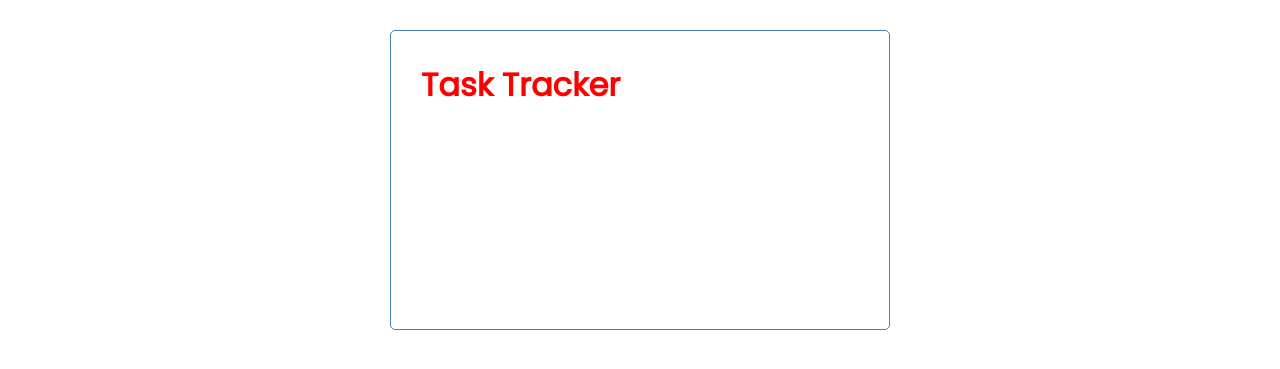
Repository: OdellPurifoy/task-tracker
Page: /
An editor plug-in stored every save of this project. The page is shown before and after the next save, followed by the edit.
The browser window is 1280 px wide. The pictures show the whole page.
The project was rebuilt for these pictures with package versions that can differ from the ones it lists, and the page was loaded fresh each time.

Above is the page before, as saved 2022-07-26 19:18:45.

After the next save:
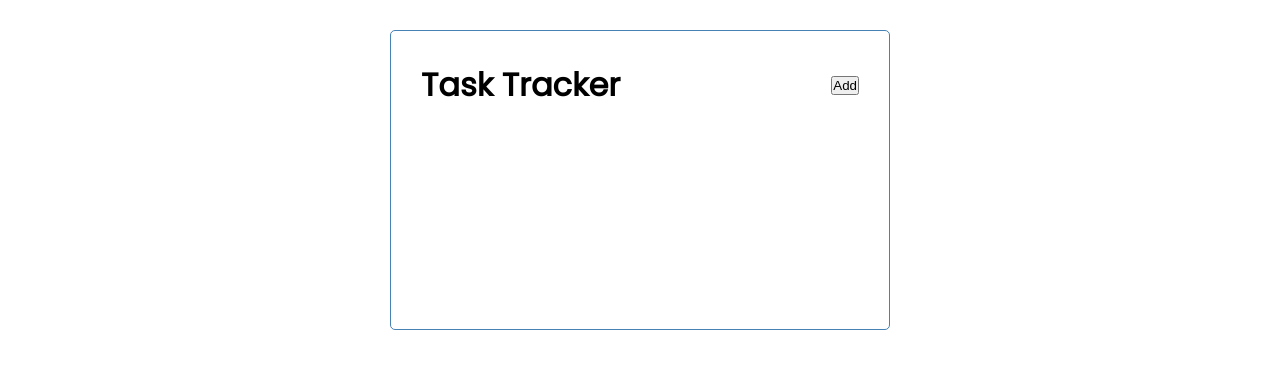
Saved 38 s later.
--- a/src/components/Header.js
+++ b/src/components/Header.js
@@ -2,8 +2,9 @@ import PropTypes from 'prop-types'
 
 const Header = ({ title }) => {
   return (
-    <header>
-        <h1 style={{color: 'red'}}>{title}</h1>
+    <header className='header'>
+        <h1>{title}</h1>
+        <button>Add</button>
     </header>
   )
 }
